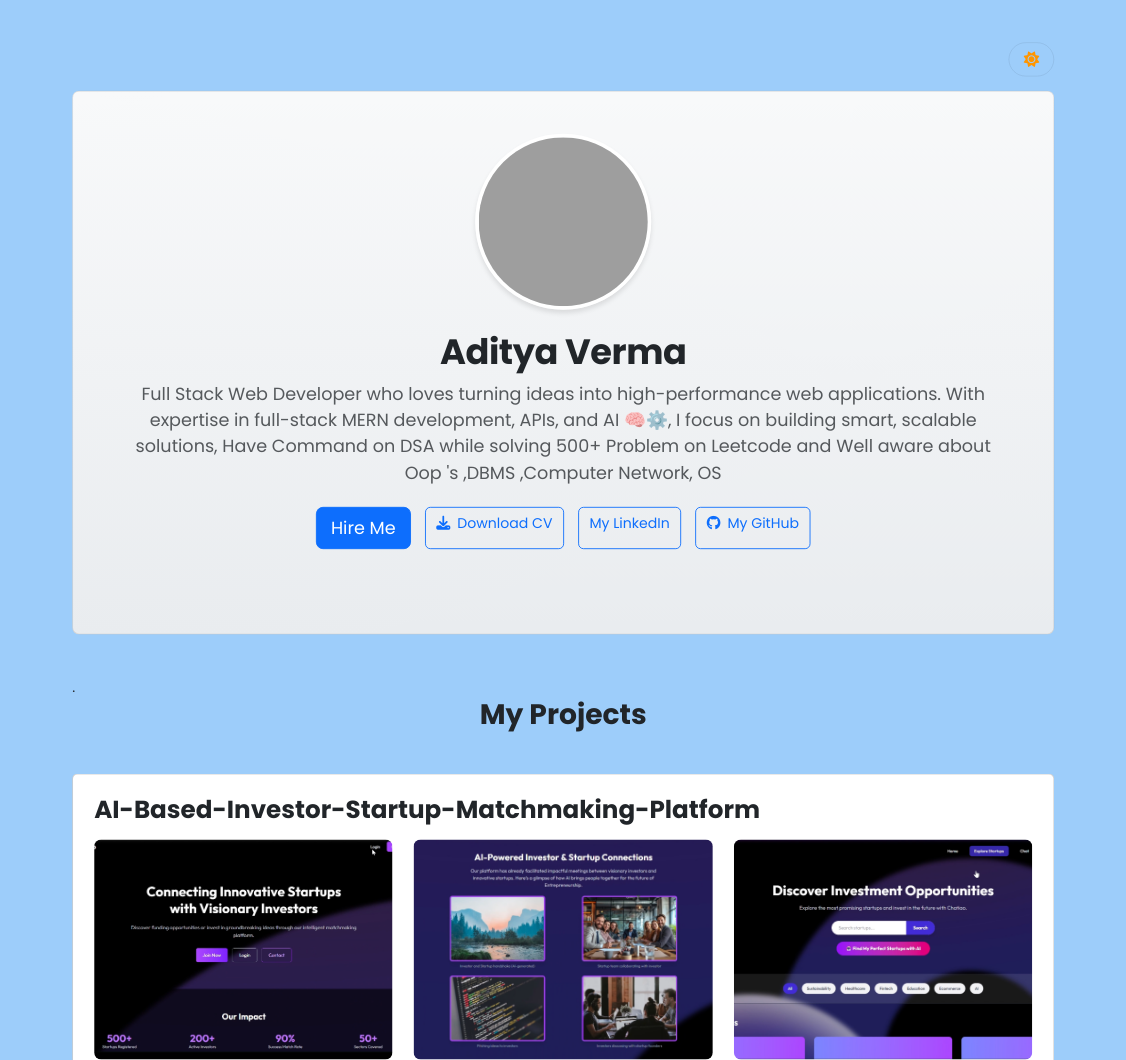
Repository: AdityaTech-Pro/Portfolio-Aditya-Verma
Page: Aditya Portfolio/index.html
The author's editor kept a copy of each file at every save. The page is drawn from the files as they stood at one save, then again after a run of saves.
The browser window is 1280 px wide. The pictures show the part of the page from y = 0 to 1204 px (the page is 6507 px tall before and 6483 px after), at 88% of full size.
Pictures or frames that could not be fetched are drawn as grey boxes.

Above is the page before, as saved 2026-02-04 16:02:32.

After the next 2 saves:
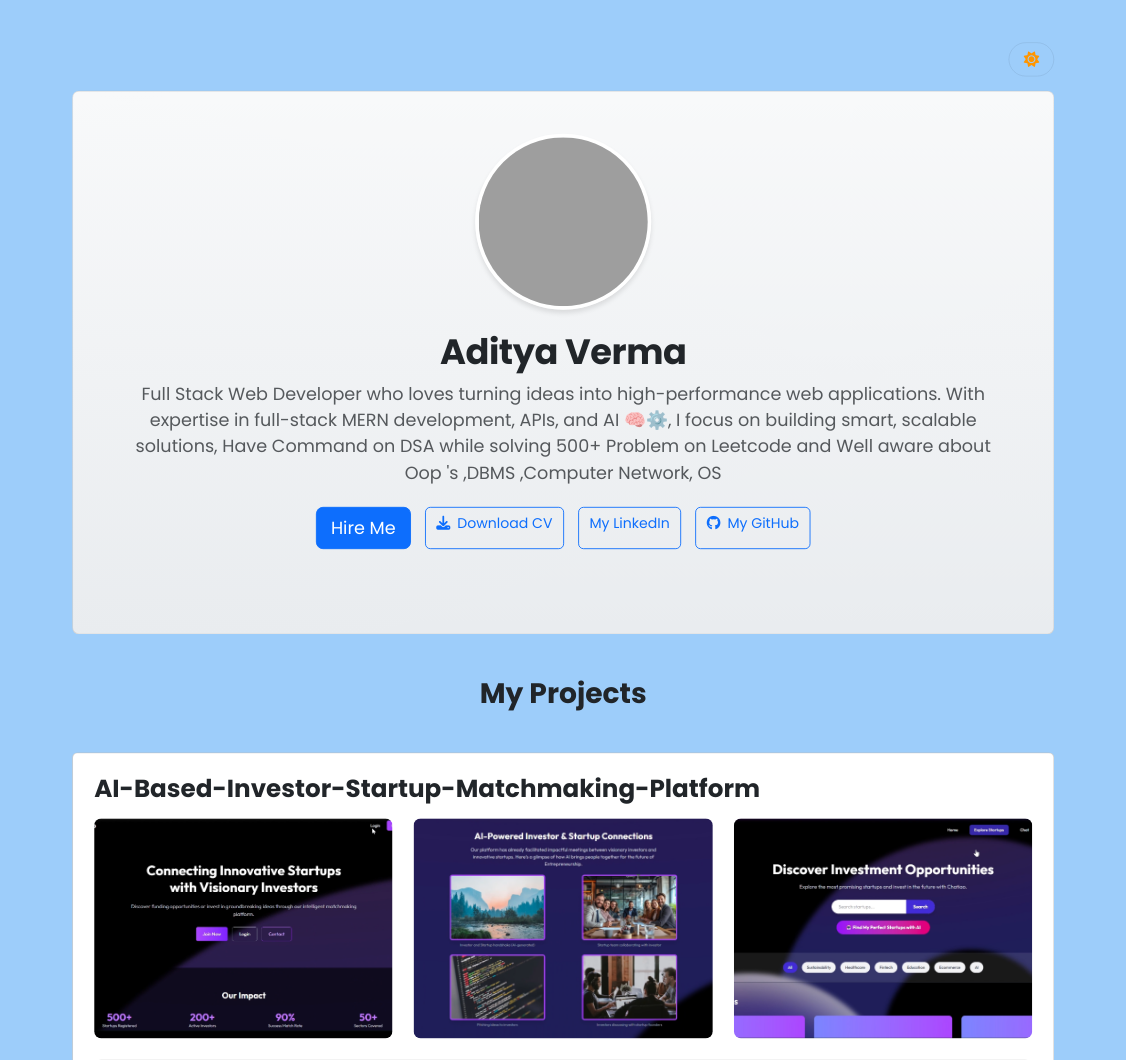
The 2 saves are shown as one change because they came seconds apart.
The last was saved 7 s later.
--- a/Aditya Portfolio/index.html
+++ b/Aditya Portfolio/index.html
@@ -262,7 +262,7 @@
             </div>
 
         </section>
-        .
+        <div class="flex"></div>
 
 
         <!-- Projects Section -->
